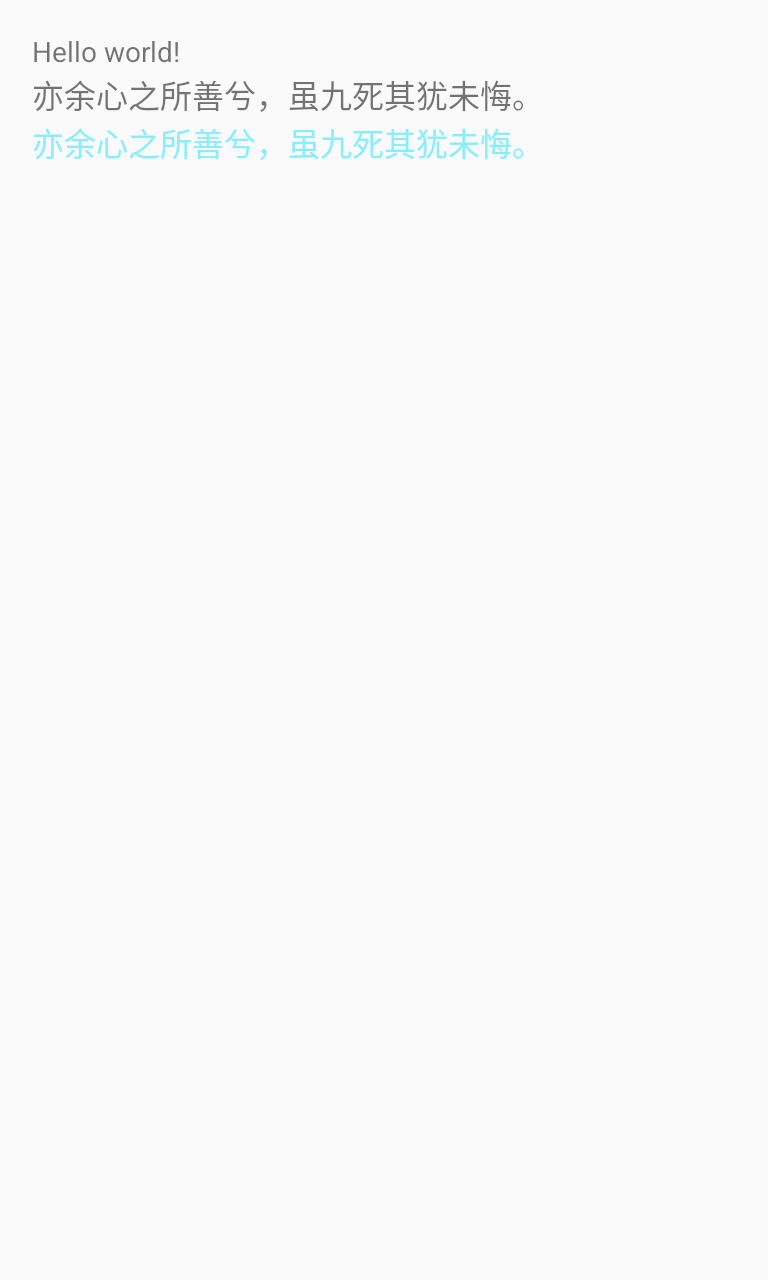
Repository: duhei/cici
Layout: GitHubFrist/res/layout/activity_main.xml
The author's editor kept a copy of each file at every save. The layout is drawn from the files as they stood at one save, then again after the next save.
It is drawn on a 768 x 1280 px phone screen (xhdpi) without system bars, with theme AppTheme; the app's code is not run.

Above is the layout before, as saved 2015-07-10 07:34:15.

After the next save:
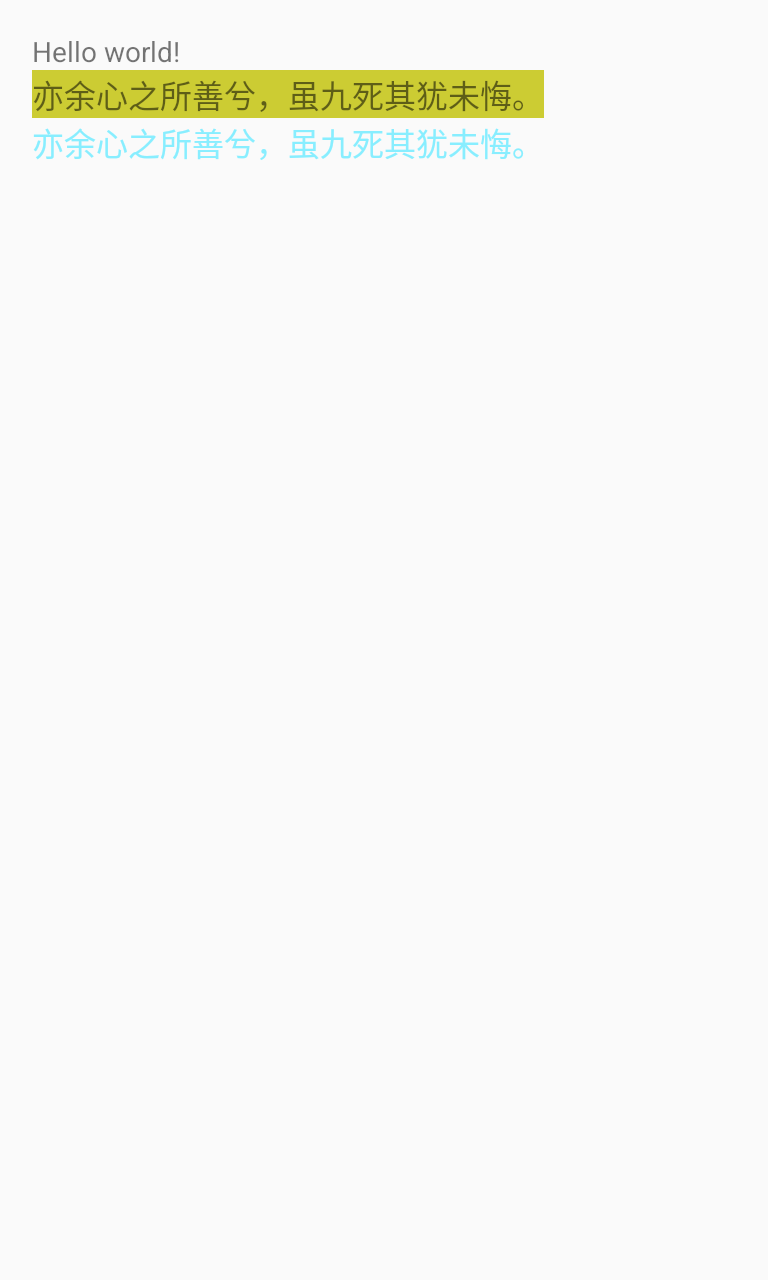
Saved 41 s later.
--- a/GitHubFrist/res/layout/activity_main.xml
+++ b/GitHubFrist/res/layout/activity_main.xml
@@ -18,6 +18,7 @@
     <TextView
         style="@style/warp_content"
         android:text="@string/lisao"
+        android:background="#FFCCCC33"
         android:textSize="16dp"
         />
 
